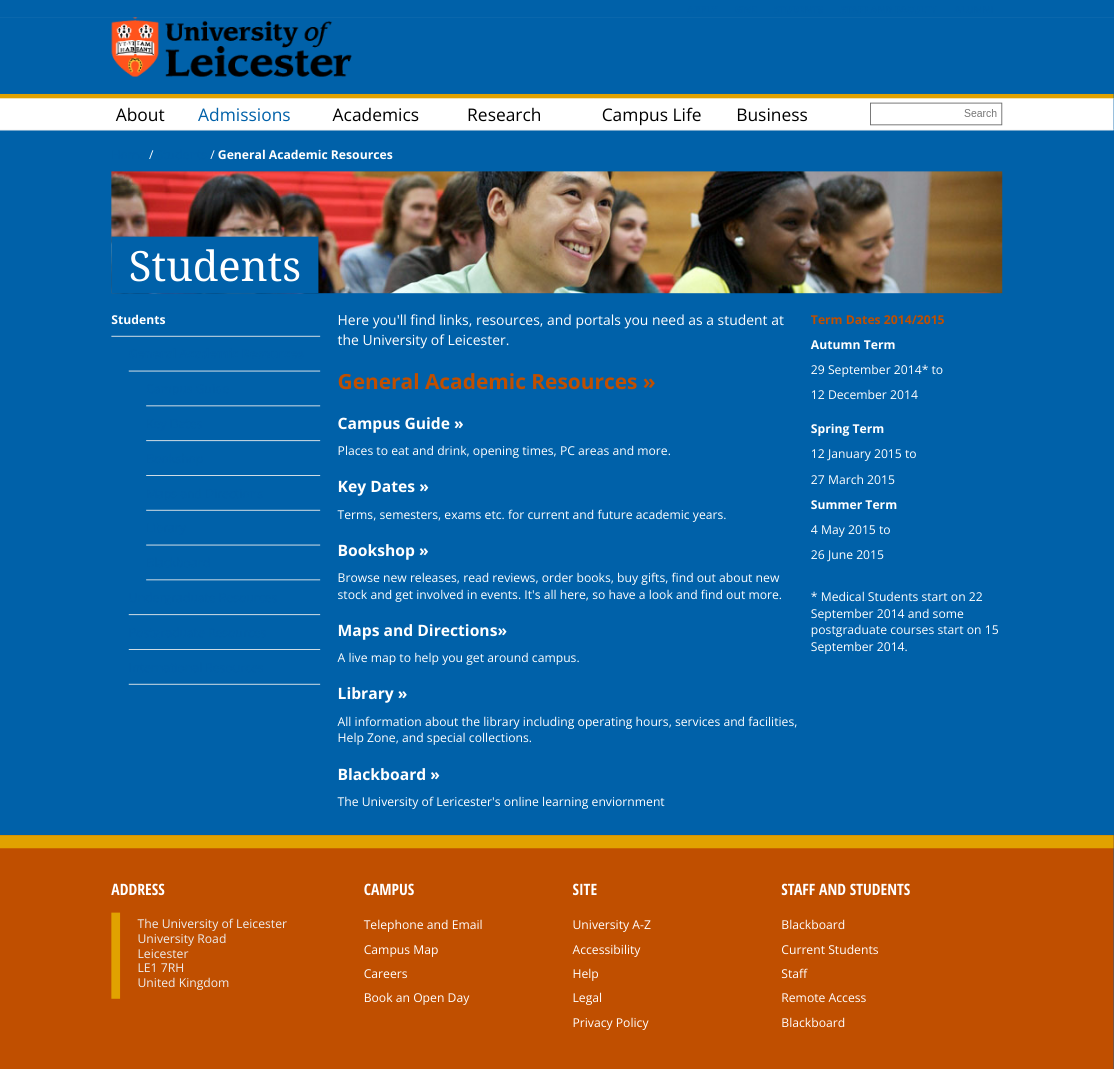
Repository: vqdo/leicester-redesign
Page: students.html
The author's editor kept a record of every edit. The page is drawn from the files as they stood at one moment, then again after the next edit.
The browser window is 1280 px wide. The pictures show the whole page, at 87% of full size.
Some web libraries are served in a nearby version.

Above is the page before.

After the next edit:
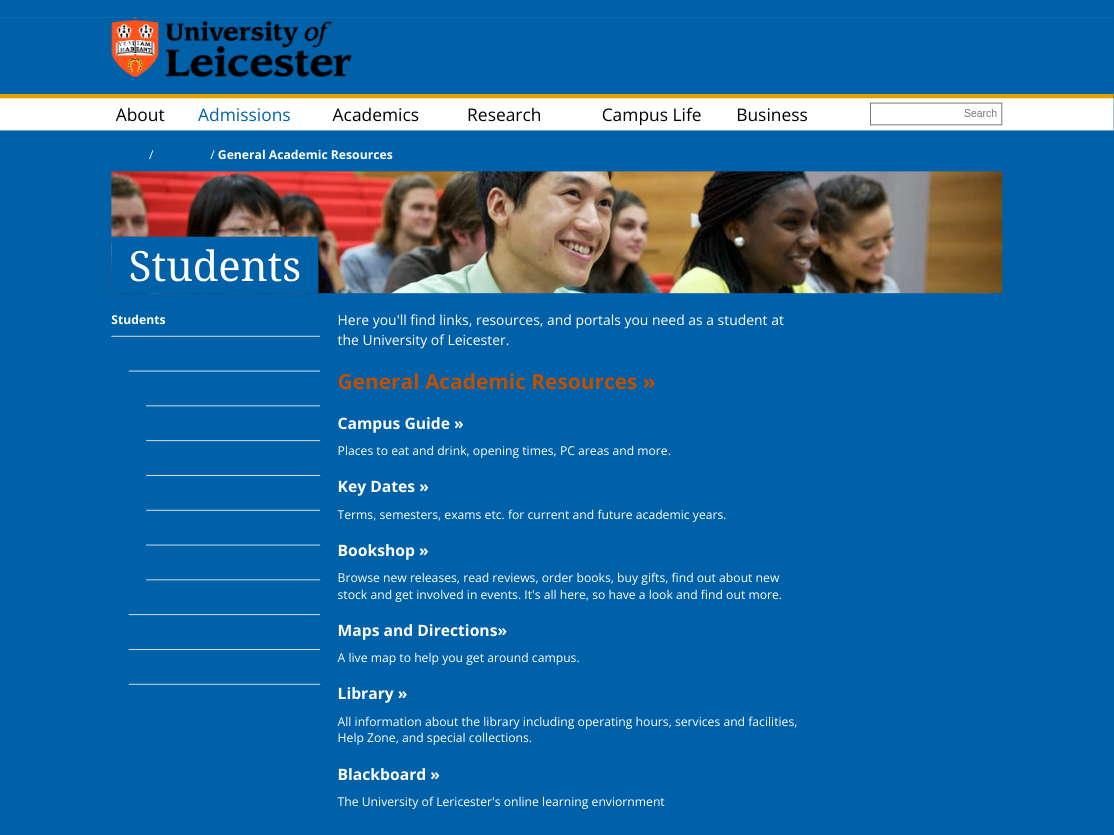
The edit:
--- a/students.html
+++ b/students.html
@@ -155,7 +155,7 @@
                     <p>The University of Lericester's online learning enviornment</p>
 
                 </div>
-                <div class="page-sideinfo">
+                <!--<div class="page-sideinfo">
                     <div class="module">
                         <h2>Term Dates 2014/2015</h2>
                         <p><strong>Autumn Term</strong></p>

After the edit that followed:
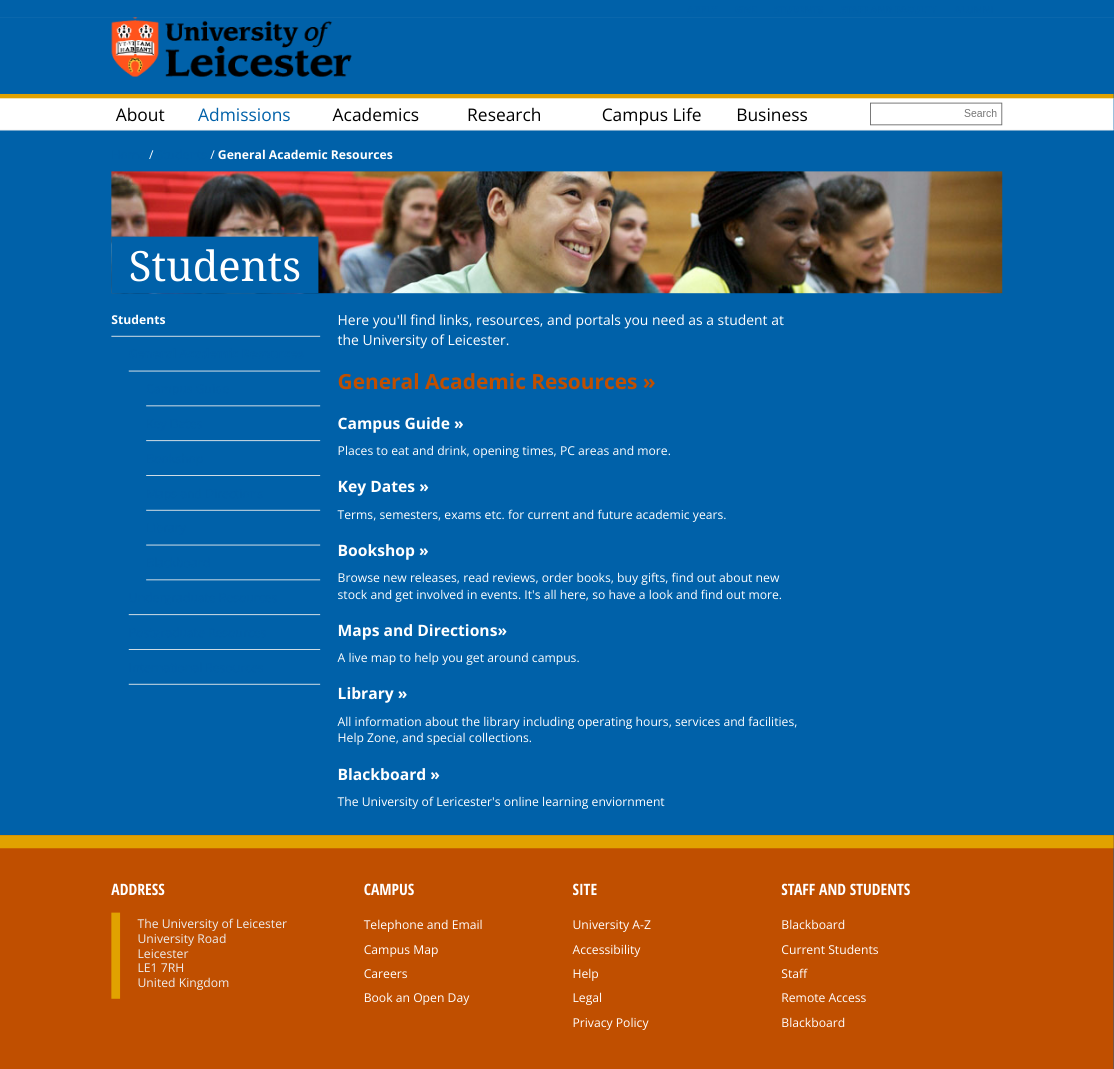
The edit:
--- a/students.html
+++ b/students.html
@@ -171,7 +171,7 @@
                         <p>26 June 2015</p>
 
                         <br><p>* Medical Students start on 22 September 2014 and some postgraduate courses start on 15 September 2014.</p>
-                    </div>
+                    </div>-->
                 </div>
             </div>
         </div>
